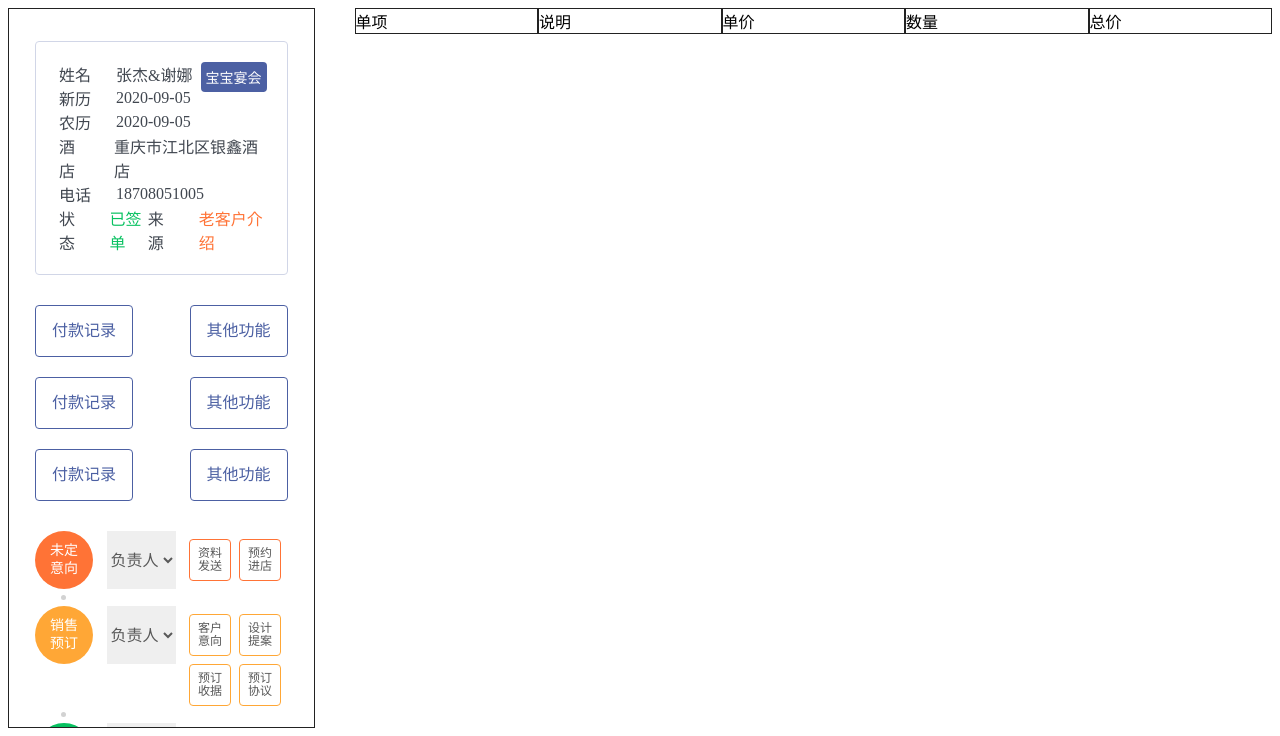
Repository: Lairuola/wedding-1
Page: index.html
An editor plug-in stored every save of this project. The page is shown before and after the next save, followed by the edit.
The browser window is 1280 px wide. The pictures show the whole page.

Above is the page before, as saved 2020-12-24 15:32:40.

### index.html
<!--
 * @Author       : 濑若拉
 * @Date         : 2020-12-17 10:22:14
 * @LastEditors  : 濑若拉
 * @LastEditTime : 2020-12-24 15:32:40
 * @FilePath     : /slidebar/index.html
-->


<!DOCTYPE html>
<html lang="en">

<head>
  <meta charset="UTF-8">
  <meta name="viewport" content="width=device-width, initial-scale=1.0">
  <title>Document</title>
  <style>
    .slide-left {
      width: 402px;
      height: 100vh;
      box-sizing: border-box;
      padding: 32px 26px;
      overflow-y: auto;
      display: flex;
      flex-direction: column;
      align-items: center;
      border: 1px solid #222;
    }

    .info {
      width: 100%;
      height: 328px;
      display: flex;
      flex-direction: column;
      justify-content: space-between;
      padding: 20px 23px;
      position: relative;
      box-sizing: border-box;
      border-radius: 4px;
      border: solid 1px #d1d6e7;
    }

    .info .row {
      width: 100%;
      display: flex;
      font-size: 16px;
      color: #414750;
      flex-direction: row;
      align-items: center;
    }

    .info .row .label,
    .info .end-row .item .label {
      margin-right: 25px;
    }

    .info .end-row {
      width: 100%;
      display: flex;
      flex-direction: row;
      align-items: center;
      justify-content: space-between;
      font-size: 16px;
      color: #414750;
    }

    .info .end-row .item {
      display: flex;
      flex-direction: row;
      align-items: center;
      font-size: 16px;
      color: #414750;
    }

    .info .info-tag {
      padding: 5px;
      background-color: #4c60a3;
      border-radius: 4px;
      font-size: 14px;
      color: #fff;
      position: absolute;
      top: 20px;
      right: 20px;
    }

    .btn-area {
      width: 100%;
      display: flex;
      flex-direction: row;
      align-items: center;
      justify-content: space-between;
      flex-wrap: wrap;
      margin-top: 10px;
      margin-bottom: 30px;
    }

    .btn-area .btn {
      width: 96px;
      height: 50px;
      background-color: #ffffff;
      border-radius: 4px;
      border: solid 1px #4c60a3;
      font-size: 16px;
      color: #4c60a3;
      text-align: center;
      line-height: 50px;
      margin-top: 20px;
    }

    .bot-area {
      width: 100%;
      display: flex;
      flex-direction: column;
    }

    .bot-area .item {
      width: 100%;
      display: flex;
      flex-direction: row;
      position: relative;
      padding-bottom: 17px;
    }

    .bot-area .item .circle {
      width: 58px;
      height: 58px;
      color: #fff;
      border-radius: 100%;
      display: flex;
      align-items: center;
      justify-content: center;
    }

    .bot-area .item .circle .text {
      width: 28px;
      height: 36px;
      font-size: 14px;
      line-height: 18px;
    }

    .bot-area .item .select-wrap {
      width: 96px;
      text-align: center;
    }

    .bot-area .item .select-wrap .bot-select {
      border: none;
      outline: none;
      color: #595959;
      font-size: 16px;
      height: 58px;
    }

    .bot-area .item .btn-row {
      flex: 1;
      display: flex;
      flex-direction: row;
      flex-wrap: wrap;
      margin-right: -8px;
    }

    .bot-area .item .btn-row .btn {
      width: 40px;
      height: 40px;
      border-radius: 4px;
      margin-right: 8px;
      border: 1px solid;
      display: flex;
      align-items: center;
      justify-content: center;
      margin-top: 8px;
      color: #595959;
    }

    .bot-area .item .btn-row .btn .word {
      width: 24px;
      height: 26px;
      font-size: 12px;
      line-height: 13px;
      letter-spacing: 0px;
    }

    .bot-area .item .dot {
      width: 5px;
      height: 5px;
      background-color: #d2d2d2;
      border-radius: 100%;
      position: absolute;
      bottom: 6px;
      left: 26px;
    }

    .bot-area .item .btn-row .btn.orange {
      border-color: #ff7336;
    }

    .bot-area .item .btn-row .btn.orange:hover {
      background-color: #ff7336;
      color: #fff;
    }

    .bot-area .item .btn-row .btn.yellow {
      border-color: #ffa736;
    }

    .bot-area .item .btn-row .btn.yellow:hover {
      background-color: #ffa736;
      color: #fff;
    }

    .bot-area .item .btn-row .btn.green {
      border-color: #07c160;
    }

    .bot-area .item .btn-row .btn.green:hover {
      background-color: #07c160;
      color: #fff;
    }

    .bot-area .item .btn-row .btn.aqua {
      border-color: #0bc8cb;
    }

    .bot-area .item .btn-row .btn.aqua:hover {
      background-color: #0bc8cb;
      color: #fff;
    }

    .bot-area .item .btn-row .btn.blue {
      border-color: #3d9bfb;
    }

    .bot-area .item .btn-row .btn.blue:hover {
      background-color: #3d9bfb;
      color: #fff;
    }

    .bot-area .item .btn-row .btn.cornflowerblue {
      border-color: #4c60a3;
    }

    .bot-area .item .btn-row .btn.cornflowerblue:hover {
      background-color: #4c60a3;
      color: #fff;
    }

    .color-green {
      color: #07c160
    }

    .color-orange {
      color: #ff7336;
    }

    .bg-color-red {
      background-color: #ff7336;
    }

    .bg-color-yellow {
      background-color: #ffa736;
    }

    .bg-color-green {
      background-color: #07c160;
    }

    .bg-color-aqua {
      background-color: #0bc8cb;
    }

    .bg-color-blue {
      background-color: #3d9bfb;
    }

    .bg-color-cornflowerblue {
      background-color: #4c60a3;
    }
  </style>
  <style>
    .my-table {
      width: 100%;
      height: 80vh;
      display: flex;
      flex-direction: column;
      margin-left: 40px;
      /* border: 1px solid #222; */
      /* border: 1px solid #eff1f7; */
      border-collapse: collapse;
    }

    .my-table .rows {
      width: 100%;
      display: flex;
      flex-direction: row;
      align-items: center;
      /* border: 1px solid #eff1f7; */
    }

    .my-table .rows .item {
      flex: 1;
      border: 1px solid #222;
    }
  </style>
</head>

<body style="display: flex;flex-direction: row;">
  <div class="slide-left">
    <!-- 资料 -->
    <div class="info">
      <div class="row">
        <div class="label">姓名</div>
        <div class="content">张杰&谢娜</div>
      </div>
      <div class="row">
        <div class="label">新历</div>
        <div class="content">2020-09-05</div>
      </div>
      <div class="row">
        <div class="label">农历</div>
        <div class="content">2020-09-05</div>
      </div>
      <div class="row">
        <div class="label">酒店</div>
        <div class="content">重庆市江北区银鑫酒店</div>
      </div>
      <div class="row">
        <div class="label">电话</div>
        <div class="content">18708051005</div>
      </div>
      <div class="end-row">
        <div class="item">
          <div class="label">状态</div>
          <div class="content color-green">已签单</div>
        </div>
        <div class="item">
          <div class="label">来源</div>
          <div class="content color-orange">老客户介绍</div>
        </div>
      </div>
      <!-- tag -->
      <div class="info-tag">宝宝宴会</div>
    </div>
    <!-- btn-area -->
    <div class="btn-area">
      <div class="btn">付款记录</div>
      <div class="btn">其他功能</div>
      <div class="btn">付款记录</div>
      <div class="btn">其他功能</div>
      <div class="btn">付款记录</div>
      <div class="btn">其他功能</div>
    </div>
    <!-- bot-area -->
    <div class="bot-area">
      <div class="item">
        <div class="circle bg-color-red">
          <div class="text">未定意向</div>
        </div>
        <div class="select-wrap">
          <select class='bot-select' name="" id="">
            <option value="">负责人</option>
          </select>
        </div>
        <div class="btn-row">
          <div class="btn orange">
            <div class="word">资料发送</div>
          </div>
          <div class="btn orange">
            <div class="word">预约进店</div>
          </div>
        </div>
        <div class="dot"></div>
      </div>
      <div class="item">
        <div class="circle bg-color-yellow">
          <div class="text">销售预订</div>
        </div>
        <div class="select-wrap">
          <select class='bot-select' name="" id="">
            <option value="">负责人</option>
          </select>
        </div>
        <div class="btn-row">
          <div class="btn yellow">
            <div class="word">客户意向</div>
          </div>
          <div class="btn yellow">
            <div class="word">设计提案</div>
          </div>
          <div class="btn yellow">
            <div class="word">预订收据</div>
          </div>
          <div class="btn yellow">
            <div class="word">预订协议</div>
          </div>
        </div>
        <div class="dot"></div>
      </div>
      <div class="item">
        <div class="circle bg-color-green">
          <div class="text">设计策划</div>
        </div>
        <div class="select-wrap">
          <select class='bot-select' name="" id="">
            <option value="">负责人</option>
          </select>
        </div>
        <div class="btn-row">
          <div class="btn green">
            <div class="word">策划设计</div>
          </div>
          <div class="btn green">
            <div class="word">价格明细</div>
          </div>
          <div class="btn green">
            <div class="word">正式合同</div>
          </div>
          <div class="btn green">
            <div class="word">搭建清单</div>
          </div>
        </div>
        <div class="dot"></div>
      </div>
      <div class="item">
        <div class="circle bg-color-aqua">
          <div class="text">服务统筹</div>
        </div>
        <div class="select-wrap">
          <select class='bot-select' name="" id="">
            <option value="">负责人</option>
          </select>
        </div>
        <div class="btn-row">
          <div class="btn aqua">
            <div class="word">统筹服务</div>
          </div>
        </div>
        <div class="dot"></div>
      </div>
      <div class="item">
        <div class="circle bg-color-blue">
          <div class="text">执行搭建</div>
        </div>
        <div class="select-wrap">
          <select class='bot-select' name="" id="">
            <option value="">负责人</option>
          </select>
        </div>
        <div class="btn-row">
          <div class="btn blue">
            <div class="word">搭建确认</div>
          </div>
          <div class="btn blue">
            <div class="word">执行完成</div>
          </div>
        </div>
        <div class="dot"></div>
      </div>
      <div class="item">
        <div class="circle bg-color-cornflowerblue">
          <div class="text">成本结算</div>
        </div>
        <div class="select-wrap">
          <select class='bot-select' name="" id="">
            <option value="">负责人</option>
          </select>
        </div>
        <div class="btn-row">
          <div class="btn cornflowerblue">
            <div class="word">成本核算</div>
          </div>
        </div>
      </div>
    </div>
  </div>
  <div class="my-table">
    <div class="rows">
      <div class="item">单项</div>
      <div class="item">说明</div>
      <div class="item">单价</div>
      <div class="item">数量</div>
      <div class="item">总价</div>
    </div>
  </div>
</body>

</html>

After the next save:
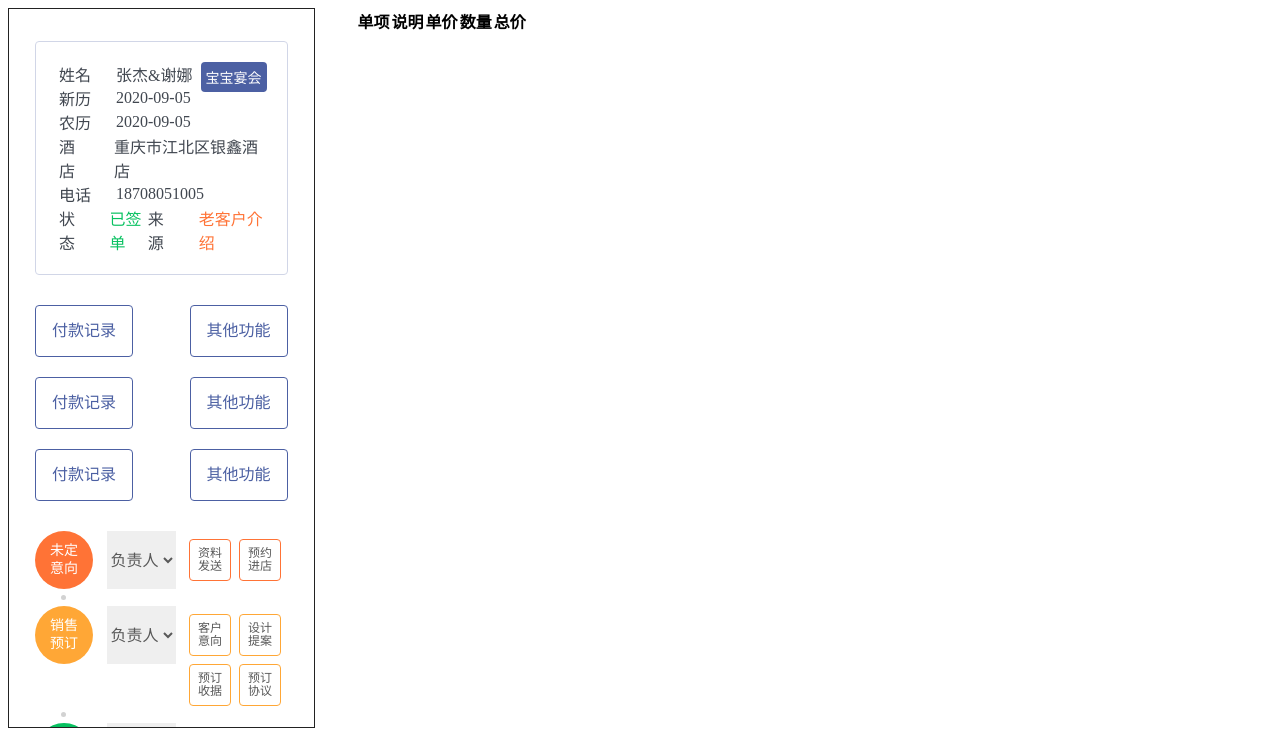
Saved 35 s later.
--- a/index.html
+++ b/index.html
@@ -2,7 +2,7 @@
  * @Author       : 濑若拉
  * @Date         : 2020-12-17 10:22:14
  * @LastEditors  : 濑若拉
- * @LastEditTime : 2020-12-24 15:32:40
+ * @LastEditTime : 2020-12-24 15:33:15
  * @FilePath     : /slidebar/index.html
 -->
 
@@ -472,15 +472,15 @@
       </div>
     </div>
   </div>
-  <div class="my-table">
-    <div class="rows">
-      <div class="item">单项</div>
-      <div class="item">说明</div>
-      <div class="item">单价</div>
-      <div class="item">数量</div>
-      <div class="item">总价</div>
-    </div>
-  </div>
+  <table class="my-table">
+    <td class="rows">
+    <th class="item">单项</th>
+    <th class="item">说明</th>
+    <th class="item">单价</th>
+    <th class="item">数量</th>
+    <th class="item">总价</th>
+    </td>
+  </table>
 </body>
 
 </html>
